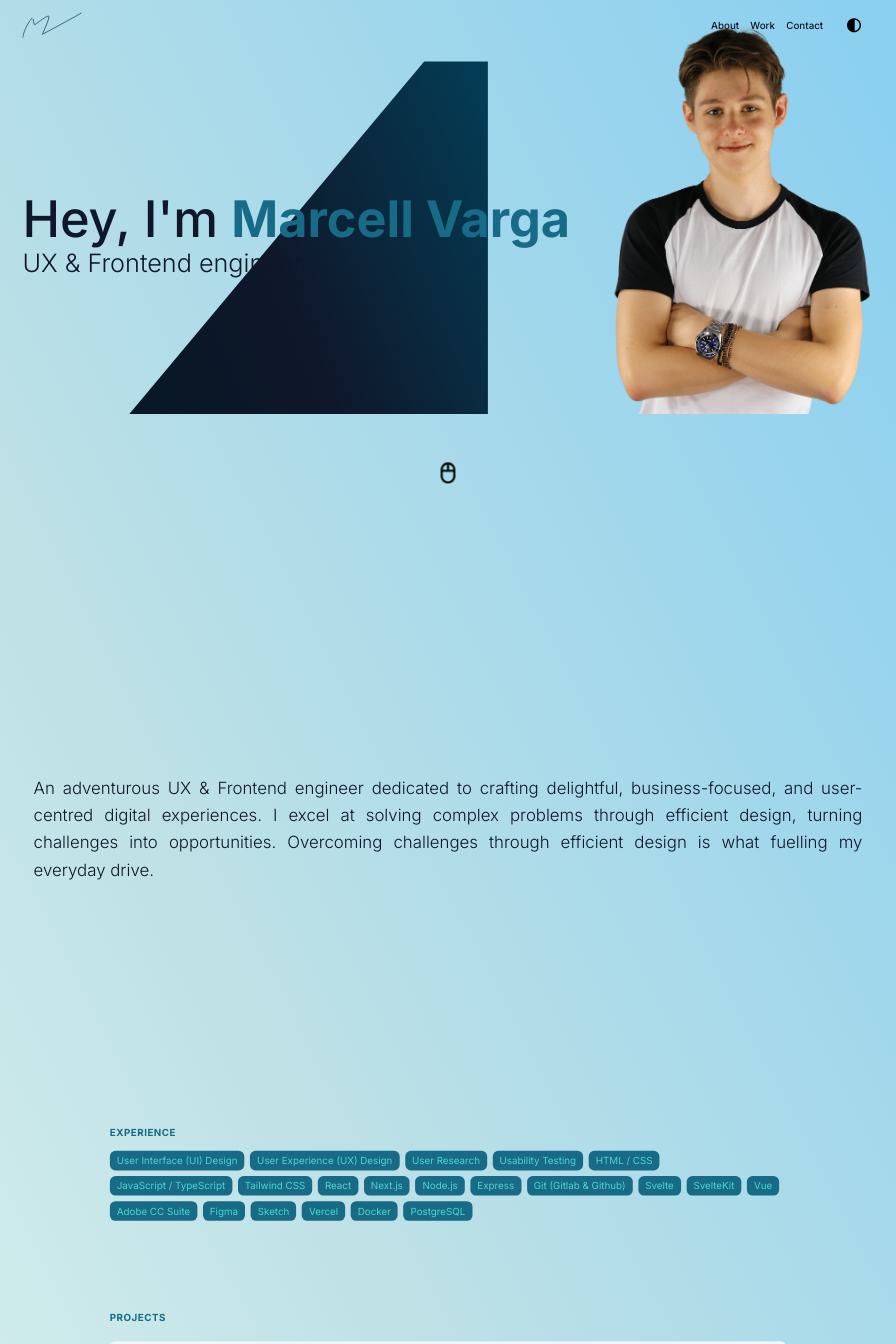
Repository: TheMarcellVarga/personal-portfolio-v.2
Page: /
An editor plug-in stored every save of this project. The page is shown before and after a run of saves, followed by the edit.
The browser window is 1280 px wide. The pictures show the part of the page from y = 0 to 1920 px (the page is 4294 px tall), at 70% of full size.
The project was rebuilt for these pictures with package versions that can differ from the ones it lists, and the page was loaded fresh each time. The framework's server and built-in components were replaced by stand-ins that run in the browser. Also part of the build but not shown: next.config.mjs.

Above is the page before, as saved 2024-07-19 00:33:39.

After the next 11 saves:
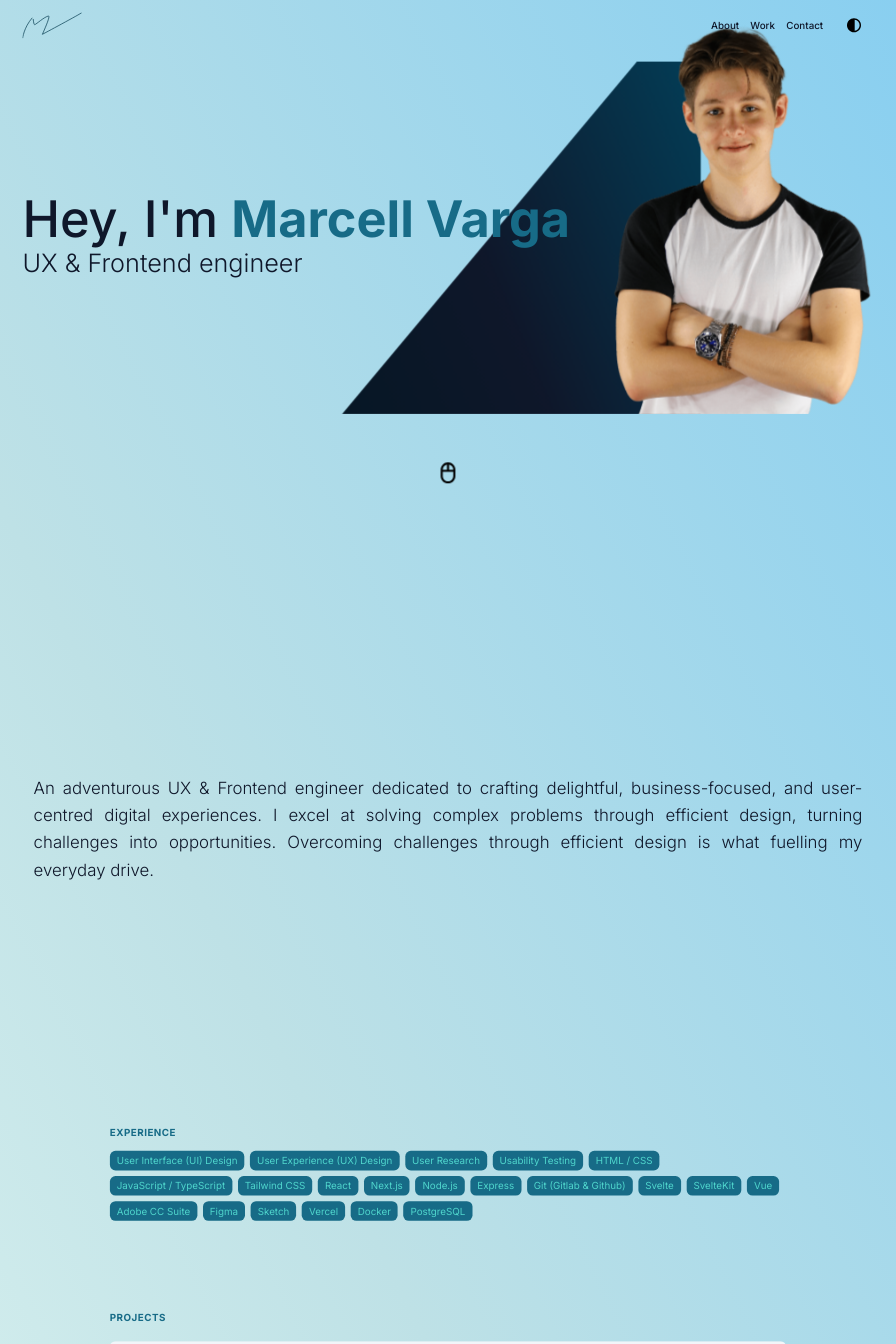
The 11 saves are shown as one change because they came seconds apart.
The last was saved 30 s later.
--- a/app/globals.css
+++ b/app/globals.css
@@ -271,7 +271,7 @@ body {
   top: 0; /* Keeps it at the top */
   left: auto;
   right: 0;
-  width: 100%; /* Adjust based on your needs */
+  width: 75%; /* Adjust based on your needs */
   height: 100%; /* Adjust based on your needs */
   z-index: 1;
 }
